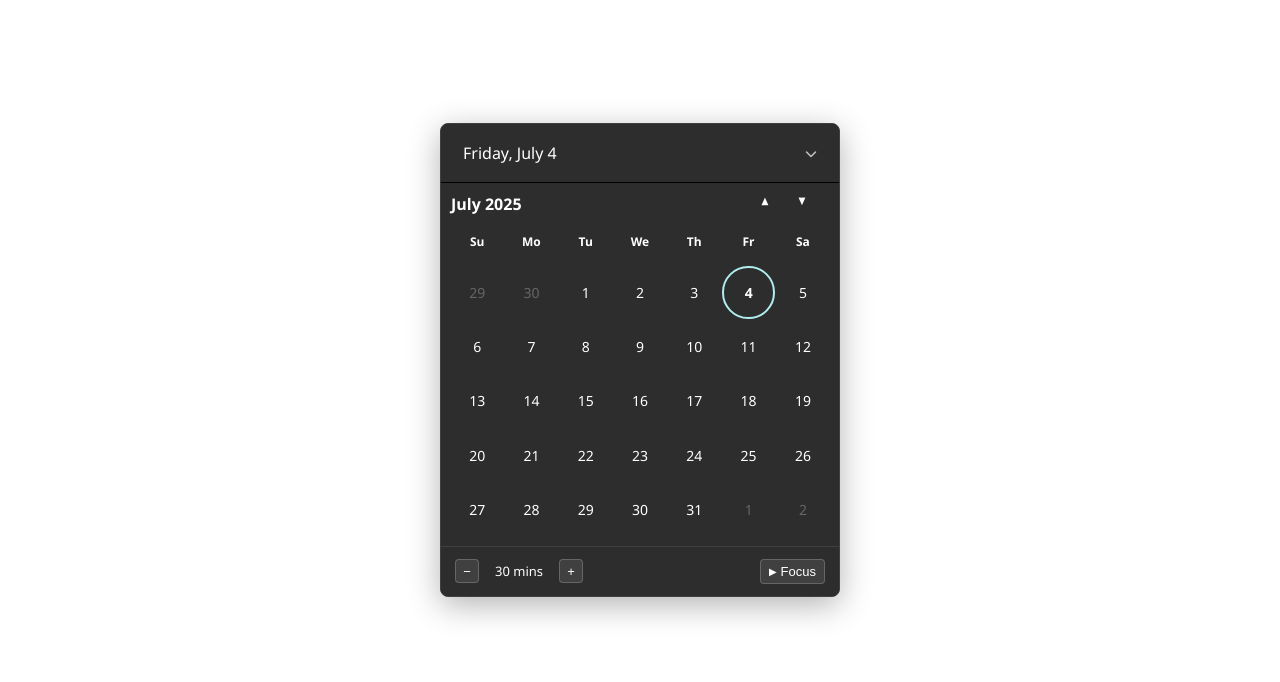
Repository: ThuTrang-jvb/JVB_BT2
Page: index.html
An editor plug-in stored every save of this project. The page is shown before and after a run of saves, followed by the edit.
The browser window is 1280 px wide. The pictures show the whole page.

Above is the page before, as saved 2025-07-07 11:29:47.

### index.html
<!DOCTYPE html>
<html lang="en">
<head>
  <meta charset="UTF-8" />
  <meta name="viewport" content="width=device-width, initial-scale=1.0"/>
  <title>Calendar</title>
  <link rel="stylesheet" href="style.css" />
  <link rel="stylesheet" href="https://cdnjs.cloudflare.com/ajax/libs/font-awesome/6.4.0/css/all.min.css" />
</head>
<body>
  <div class="calendar">
    <div class="top-bar">
      <div class="date-display" id="dateToggle">
        <span id="dateText">Monday, November 7</span>
        <span class="dropdown-icon" id="dropdownIcon">
          <i class="fa-solid fa-chevron-down"></i>
        </span>
      </div>
    </div>

    <div class="navigation-bar">
      <div class="title-block" id="calendarTitle">
        <span id="calendarTitleText">November 2022</span>
        <div class="arrow-controls">
          <span>&#9650;</span>
          <span>&#9660;</span>
        </div>
      </div>
    </div>

    <div class="main-calendar">
      <div class="weekday-header" id="weekdayHeader">
        <div class="weekday">Su</div>
        <div class="weekday">Mo</div>
        <div class="weekday">Tu</div>
        <div class="weekday">We</div>
        <div class="weekday">Th</div>
        <div class="weekday">Fr</div>
        <div class="weekday">Sa</div>
      </div>
      <div class="grid-display month-view" id="gridContainer"></div>
    </div>

    <div class="bottom-panel">
      <div class="control-section">
        <div class="session-control">
          <button class="btn-time" id="minusTime">−</button>
          <span class="time-display" id="durationLabel">30 mins</span>
          <button class="btn-time" id="plusTime">+</button>
        </div>
        <button class="session-btn" id="startBtn">
          <span class="session-icon">▶</span>
          <span>Focus</span>
        </button>
      </div>
    </div>
  </div>
  <script src="main.js"></script>
</body>
</html>

### style.css

* {
    margin: 0;
    padding: 0;
    box-sizing: border-box;
}

body {
    font-family: "Segoe UI", Tahoma, Geneva, Verdana, sans-serif;
    background: #ffffff;
    color: #000000;
    min-height: 100vh;
    display: flex;
    align-items: center;
    justify-content: center;
}

.calendar {
    background: #2d2d2d;
    border-radius: 8px;
    width: 100%;
    max-width: 400px;
    box-shadow: 0 8px 32px rgba(0, 0, 0, 0.3);
    border: 1px solid #404040;
    overflow: hidden;
    display: flex;
    flex-direction: column;
}

.top-bar {
    background: #2d2d2d;
    padding: 18px 22px;
    border-bottom: 1px solid #000;
}

.date-display {
    display: flex;
    align-items: center;
    justify-content: space-between;
    font-size: 16px;
    font-weight: 400;
    color: #ffffff;
    cursor: pointer;
    transition: color 0.2s ease;
}

.date-display:hover {
    color: #60a5fa;
}

.dropdown-icon {
    opacity: 0.7;
    font-size: 12px;
}

.navigation-bar {
    display: flex;
    align-items: center;
    justify-content: space-between;
    font-weight: 500;
    padding: 10px;
    background: #2d2d2d;
}

.title-block {
    display: flex;
    gap: 240px;
    font-size: 16px;
    font-weight: 600;
    color: #ffffff;
    cursor: pointer;
    transition: color 0.2s ease;
}

.title-block:hover {
    color: #60a5fa;
}

.arrow-controls {
    display: flex;
    gap: 30px;
    font-size: 10px;
    margin-left: auto;
}

.weekday-header {
    display: grid;
    grid-template-columns: repeat(7, 1fr);
    gap: 2px;
    margin-bottom: 8px;
    padding: 0 10px;
}

.weekday {
    text-align: center;
    font-size: 12px;
    font-weight: 600;
    color: white;
    padding: 8px 4px;
}

.grid-display {
    display: grid;
    gap: 2px;
    padding: 0 10px 10px;
}

.month-view {
    grid-template-columns: repeat(7, 1fr);
}

.year-view {
    grid-template-columns: repeat(4, 1fr);
    gap: 8px;
}

.decade-view {
    grid-template-columns: repeat(4, 1fr);
    gap: 8px;
}

.grid-cell,
.year-cell,
.decade-cell {
    aspect-ratio: 1;
    display: flex;
    align-items: center;
    justify-content: center;
    cursor: pointer;
    border-radius: 4px;
    font-size: 14px;
    font-weight: 400;
    transition: all 0.2s ease;
    color: #ffffff;
    min-height: 32px;
}

.grid-cell:hover,
.year-cell:hover,
.decade-cell:hover {
    background: #404040;
    border-radius: 50%;
}

.grid-cell.dimmed,
.decade-cell.dimmed {
    color: #666666;
}

.grid-cell.today,
.year-cell.current,
.decade-cell.current {
    background: #0078d4;
    color: white;
    font-weight: 600;
    border-radius: 50%;
}

.grid-cell.selected,
.year-cell.selected,
.decade-cell.selected {
    background: none;
    border: 2px solid paleturquoise;
    color: white;
    font-weight: 600;
    border-radius: 50%;
}

.bottom-panel {
    padding: 12px 14px;
    border-top: 1px solid #404040;
    background: #2d2d2d;
}

.control-section {
    display: flex;
    justify-content: space-between;
    align-items: center;
}

.session-control {
    display: flex;
    align-items: center;
    gap: 6px;
}

.btn-time {
    background: #404040;
    color: white;
    cursor: pointer;
    font-size: 13px;
    width: 24px;
    height: 24px;
    display: flex;
    align-items: center;
    justify-content: center;
    border: 1px solid rgba(255, 255, 255, 0.2);
    transition: all 0.2s ease;
    border-radius: 4px;
}

.btn-time:hover {
    color: #60a5fa;
}

.time-display {
    font-size: 13px;
    color: white;
    min-width: 60px;
    padding: 0 10px;
    text-align: center;
}

.session-btn {
    background: #404040;
    border: 1px solid rgba(255, 255, 255, 0.2);
    padding: 4px 8px;
    color: white;
    font-size: 13px;
    cursor: pointer;
    display: flex;
    align-items: center;
    gap: 4px;
    transition: color 0.2s ease;
    border-radius: 4px;
}

.session-btn:hover {
    color: #60a5fa;
    background: #404040;
}

.session-icon {
    font-size: 10px;
}

.hidden {
    display: none;
}
.main-calendar {
    overflow: hidden;
    transition: max-height 0.4s ease;
}
.main-calendar.collapsed {
  max-height: 0;
}

@media (max-width: 480px) {
    .calendar {
        width: 90%;
        margin: 10px;
    }
}

### main.js
class Calendar {
    constructor() {
        this.currentDate = new Date();
        this.selectedDate = new Date();
        this.currentMonth = new Date();
        this.viewMode = 'month';
        this.timeMinutes = 30;
        this.focusInterval = null;
        this.remainingSeconds = 0;

        this.months = [
            'January', 'February', 'March', 'April', 'May', 'June',
            'July', 'August', 'September', 'October', 'November', 'December'
        ];

        this.monthsShort = [
            'Jan', 'Feb', 'Mar', 'Apr', 'May', 'Jun',
            'Jul', 'Aug', 'Sep', 'Oct', 'Nov', 'Dec'
        ];

        this.init();
    }

    init() {
        this.bindEvents();
        this.updateDisplay();
        this.startRealTimeUpdate();
    }

    bindEvents() {
        document.getElementById('dateText').addEventListener('click', () => this.handleHeaderClick())
        document.querySelector('.dropdown-icon').addEventListener('click', () => this.isCollapsed());
        document.getElementById('calendarTitle').addEventListener('click', () => this.handleNavTitleClick());
        const arrows = document.querySelectorAll('.arrow-controls span');
        if (arrows.length >= 2) {
            arrows[0].addEventListener('click', () => this.navigate(-1));
            arrows[1].addEventListener('click', () => this.navigate(1));
        }

        document.getElementById('minusTime').addEventListener('click', () => this.adjustTime(-5));
        document.getElementById('plusTime').addEventListener('click', () => this.adjustTime(15));
        document.getElementById('startBtn').addEventListener('click', () => this.toggleFocus());
    }

    adjustTime(minutes) {
        this.timeMinutes += minutes;
        if (this.timeMinutes < 5) this.timeMinutes = 5;
        if (this.timeMinutes > 480) this.timeMinutes = 480;
        this.updateTimeDisplay();
    }

    updateTimeDisplay() {
        const timeLabel = document.getElementById('durationLabel');
        if (this.timeMinutes >= 60) {
            const hours = Math.floor(this.timeMinutes / 60);
            const mins = this.timeMinutes % 60;
            if (mins === 0) {
                timeLabel.textContent = `${hours} hr${hours > 1 ? 's' : ''}`;
            } else {
                timeLabel.textContent = `${hours}h ${mins}m`;
            }
        } else {
            timeLabel.textContent = `${this.timeMinutes} mins`;
        }
    }

    toggleFocus() {
        const focusBtn = document.getElementById('startBtn');
        const icon = focusBtn.querySelector('.session-icon');
        const text = focusBtn.querySelector('span:last-child');

        if (text.textContent === 'Focus') {
            text.textContent = 'Stop';
            icon.textContent = '⏸';
            focusBtn.style.color = '#60a5fa';
            this.remainingSeconds = this.timeMinutes * 60;

            this.focusInterval = setInterval(() => {
                this.remainingSeconds--;
                this.updateCountdownDisplay();

                if (this.remainingSeconds <= 0) {
                    clearInterval(this.focusInterval);
                    this.focusInterval = null;
                    alert("Time's up!");
                    this.resetFocusButton();
                }
            }, 1000);

        } else {
            clearInterval(this.focusInterval);
            this.focusInterval = null;
            this.resetFocusButton();
            this.updateTimeDisplay();
        }
    }

    updateCountdownDisplay() {
        const timeLabel = document.getElementById('durationLabel');
        const minutes = Math.floor(this.remainingSeconds / 60);
        const seconds = this.remainingSeconds % 60;
        timeLabel.textContent = `${minutes}m ${seconds}s`;
    }

    resetFocusButton() {
        const focusBtn = document.getElementById('startBtn');
        const icon = focusBtn.querySelector('.session-icon');
        const text = focusBtn.querySelector('span:last-child');

        text.textContent = 'Focus';
        icon.textContent = '\u25B6';
        focusBtn.style.color = '#888888';
    }

    startRealTimeUpdate() {
        setInterval(() => {
            this.currentDate = new Date();
            this.updateHeaderDate();
        }, 1000);
    }

    handleHeaderClick() {
            this.viewMode = 'month';
            this.currentMonth = new Date(this.currentDate);
            this.selectedDate = new Date(this.currentDate);
            this.updateDisplay();

    }

    handleNavTitleClick() {
        switch (this.viewMode) {
            case 'month':
                this.viewMode = 'year';
                break;
            case 'year':
                this.viewMode = 'decade';
                break;
        }
        this.updateDisplay();
    }

    navigate(direction) {
        switch (this.viewMode) {
            case 'month':
                this.currentMonth.setMonth(this.currentMonth.getMonth() + direction);
                break;
            case 'year':
                this.currentMonth.setFullYear(this.currentMonth.getFullYear() + direction);
                break;
            case 'decade':
                this.currentMonth.setFullYear(this.currentMonth.getFullYear() + direction * 10);
                break;
        }
        this.updateDisplay();
    }

    updateDisplay() {
        this.updateHeaderDate();
        this.updateNavTitle();
        this.updateCalendarGrid();
        this.updateWeekdayHeader();
        this.updateTimeDisplay();
    }

    updateHeaderDate() {
        const options = { weekday: 'long', month: 'long', day: 'numeric' };
        const dateText = this.currentDate.toLocaleDateString('en-US', options);

        document.getElementById('dateText').textContent = dateText;
    }

    updateNavTitle() {
        let titleText = '';
        switch (this.viewMode) {
            case 'month':
                titleText = `${this.months[this.currentMonth.getMonth()]} ${this.currentMonth.getFullYear()}`;
                break;
            case 'year':
                titleText = this.currentMonth.getFullYear().toString();
                break;
            case 'decade':
                const startYear = Math.floor(this.currentMonth.getFullYear() / 10) * 10;
                titleText = `${startYear} - ${startYear + 9}`;
                break;
        }
        document.getElementById('calendarTitleText').textContent = titleText;
    }

    updateWeekdayHeader() {
        const header = document.getElementById('weekdayHeader');
        const grid = document.getElementById('gridContainer');

        if (this.viewMode === 'month') {
            header.classList.remove('hidden');
            grid.className = 'grid-display month-view';
        } else {
            header.classList.add('hidden');
            grid.className = `grid-display ${this.viewMode}-view`;
        }
    }

    updateCalendarGrid() {
        const grid = document.getElementById('gridContainer');
        grid.innerHTML = '';

        switch (this.viewMode) {
            case 'month':
                this.renderMonthView(grid);
                break;
            case 'year':
                this.renderYearView(grid);
                break;
            case 'decade':
                this.renderDecadeView(grid);
                break;
        }
    }

    renderMonthView(grid) {
        const daysInMonth = new Date(this.currentMonth.getFullYear(), this.currentMonth.getMonth() + 1, 0).getDate();
        const firstDay = new Date(this.currentMonth.getFullYear(), this.currentMonth.getMonth(), 1).getDay();
        const prevMonth = new Date(this.currentMonth.getFullYear(), this.currentMonth.getMonth(), 0);
        const prevMonthDays = prevMonth.getDate();

        for (let i = firstDay - 1; i >= 0; i--) {
            const day = document.createElement('div');
            day.className = 'grid-cell dimmed';
            day.textContent = prevMonthDays - i;
            grid.appendChild(day);
        }

        for (let day = 1; day <= daysInMonth; day++) {
            const date = new Date(this.currentMonth.getFullYear(), this.currentMonth.getMonth(), day);
            const dayElement = document.createElement('div');
            dayElement.className = 'grid-cell';
            dayElement.textContent = day;

            if (this.isSameDay(date, this.currentDate)) dayElement.classList.add('today');
            if (this.isSameDay(date, this.selectedDate)) dayElement.classList.add('selected');

            dayElement.addEventListener('click', () => {
                this.selectedDate = new Date(date);
                this.updateDisplay();
            });

            grid.appendChild(dayElement);
        }

        const totalCells = Math.ceil((firstDay + daysInMonth) / 7) * 7;
        const remainingCells = totalCells - (firstDay + daysInMonth);

        for (let day = 1; day <= remainingCells; day++) {
            const dayElement = document.createElement('div');
            dayElement.className = 'grid-cell dimmed';
            dayElement.textContent = day;
            grid.appendChild(dayElement);
        }
    }

    renderYearView(grid) {
        for (let month = 0; month < 12; month++) {
            const monthElement = document.createElement('div');
            monthElement.className = 'year-cell';
            monthElement.textContent = this.monthsShort[month];

            const date = new Date(this.currentMonth.getFullYear(), month, 1);

            if (month === this.currentDate.getMonth() && this.currentMonth.getFullYear() === this.currentDate.getFullYear()) {
                monthElement.classList.add('current');
            }
            if (month === this.currentMonth.getMonth()) {
                monthElement.classList.add('selected');
            }

            monthElement.addEventListener('click', () => {
                this.currentMonth.setMonth(month);
                this.viewMode = 'month';
                this.updateDisplay();
            });

            grid.appendChild(monthElement);
        }
    }

    renderDecadeView(grid) {
        const currentYear = this.currentMonth.getFullYear();
        const startYear = Math.floor(currentYear / 10) * 10 - 2;

        for (let i = 0; i < 16; i++) {
            const year = startYear + i;
            const yearElement = document.createElement('div');
            yearElement.className = 'decade-cell';
            yearElement.textContent = year;

            if (year === this.currentDate.getFullYear()) yearElement.classList.add('current');
            if (year === this.currentMonth.getFullYear()) yearElement.classList.add('selected');
            if (i < 2 || i > 13) yearElement.classList.add('dimmed');

            yearElement.addEventListener('click', () => {
                this.currentMonth.setFullYear(year);
                this.viewMode = 'year';
                this.updateDisplay();
            });

            grid.appendChild(yearElement);
        }
    }

    isSameDay(date1, date2) {
        return date1.getDate() === date2.getDate() &&
               date1.getMonth() === date2.getMonth() &&
               date1.getFullYear() === date2.getFullYear();
    }
    isCollapsed() {
        const calendar = document.querySelector('.calendar');
        const mainCalendar = document.querySelector('.main-calendar');
        const navigationBar = document.querySelector('.navigation-bar');
        const dropdownIcon = document.getElementById('dropdownIcon');

        calendar.classList.toggle('collapsed');

        if (calendar.classList.contains('collapsed')) {
            mainCalendar.style.display = 'none';
            navigationBar.style.display = 'none';

            // Đổi icon mũi tên thành hướng lên
            if (dropdownIcon.tagName === 'I') {
                dropdownIcon.classList.remove('fa-chevron-down');
                dropdownIcon.classList.add('fa-chevron-up');
            } else {
                dropdownIcon.textContent = '▲';
            }
        } else {
            mainCalendar.style.display = '';
            navigationBar.style.display = '';

            // Đổi icon mũi tên thành hướng xuống
            if (dropdownIcon.tagName === 'I') {
                dropdownIcon.classList.remove('fa-chevron-up');
                dropdownIcon.classList.add('fa-chevron-down');
            } else {
                dropdownIcon.textContent = '▼';
            }
        }
    }

}

document.addEventListener('DOMContentLoaded', () => {
    new Calendar();
});

After the next 2 saves:
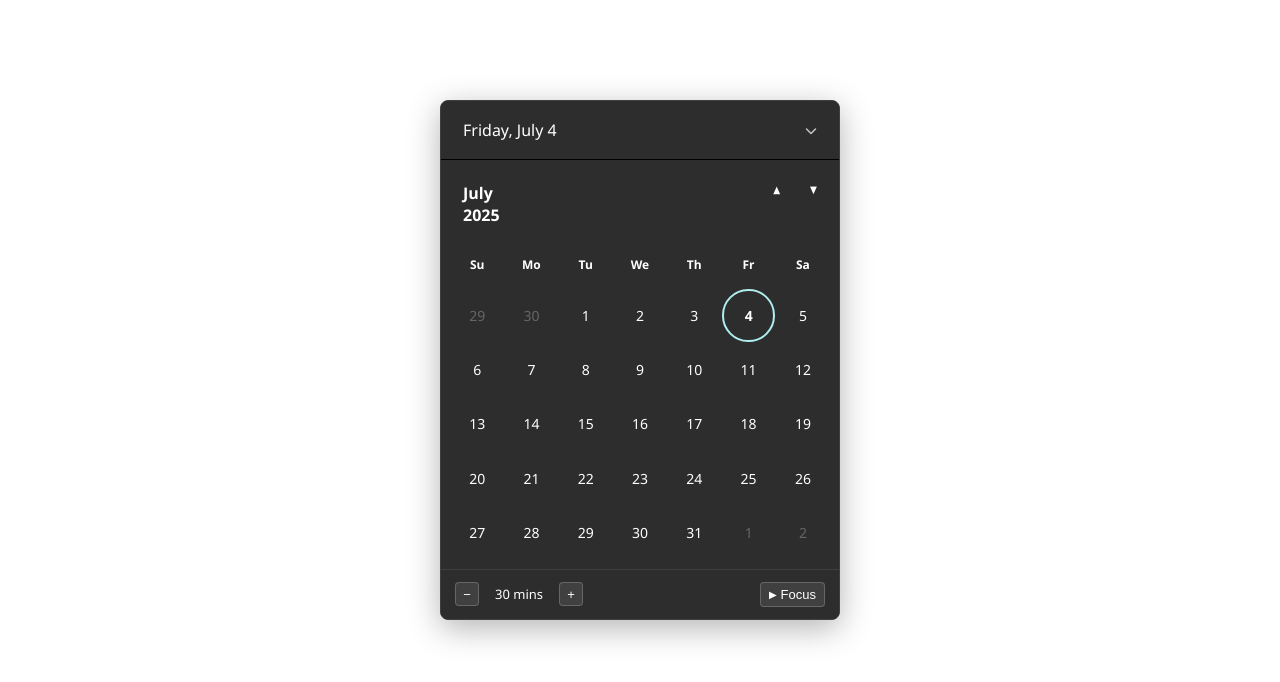
The 2 saves are shown as one change because they came seconds apart.
The last was saved 13 s later.
--- a/style.css
+++ b/style.css
@@ -58,7 +58,7 @@ body {
     align-items: center;
     justify-content: space-between;
     font-weight: 500;
-    padding: 10px;
+    padding: 22px;
     background: #2d2d2d;
 }
 
